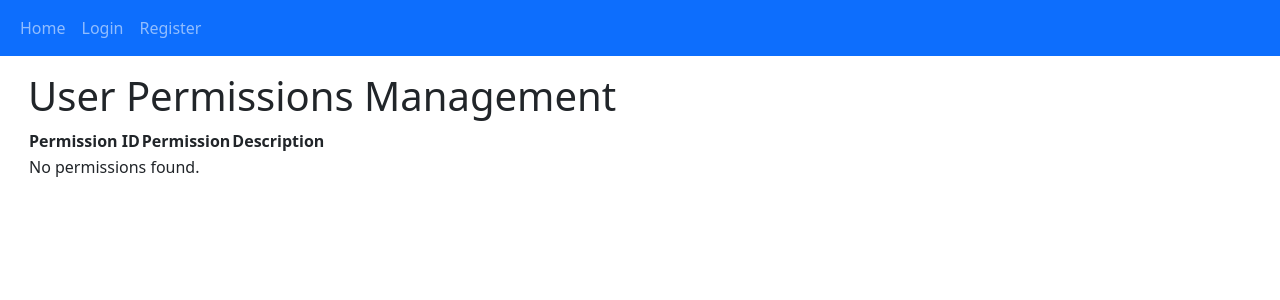
Repository: Matsikembareb/myPowervision
Page: http://localhost/permissions
The author's editor kept a copy of each file at every save. The page is drawn from the files as they stood at one save, then again after the next save.
The browser window is 1280 px wide. The pictures show the whole page.
The page is served by the project's application, run on Flask 3 (01prototype/myPowervision/__init__.py).

Above is the page before, as saved 2025-09-26 15:13:32.

After the next save:
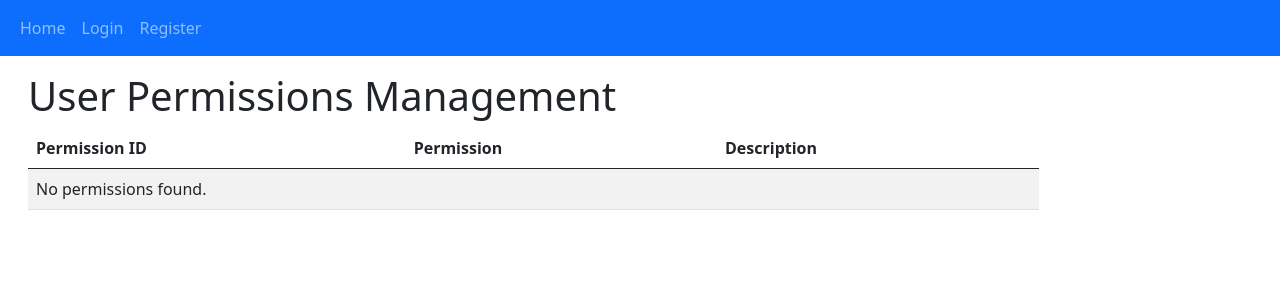
Saved 114 s later.
--- a/01prototype/myPowervision/templates/user_management/permissions.html
+++ b/01prototype/myPowervision/templates/user_management/permissions.html
@@ -1,7 +1,7 @@
 {% extends "base.html" %}
 {% block content %}
 <h1>User Permissions Management</h1>
-<table>
+<table class="table table-striped">
     <thead>
         <tr>
             <th>Permission ID</th>
